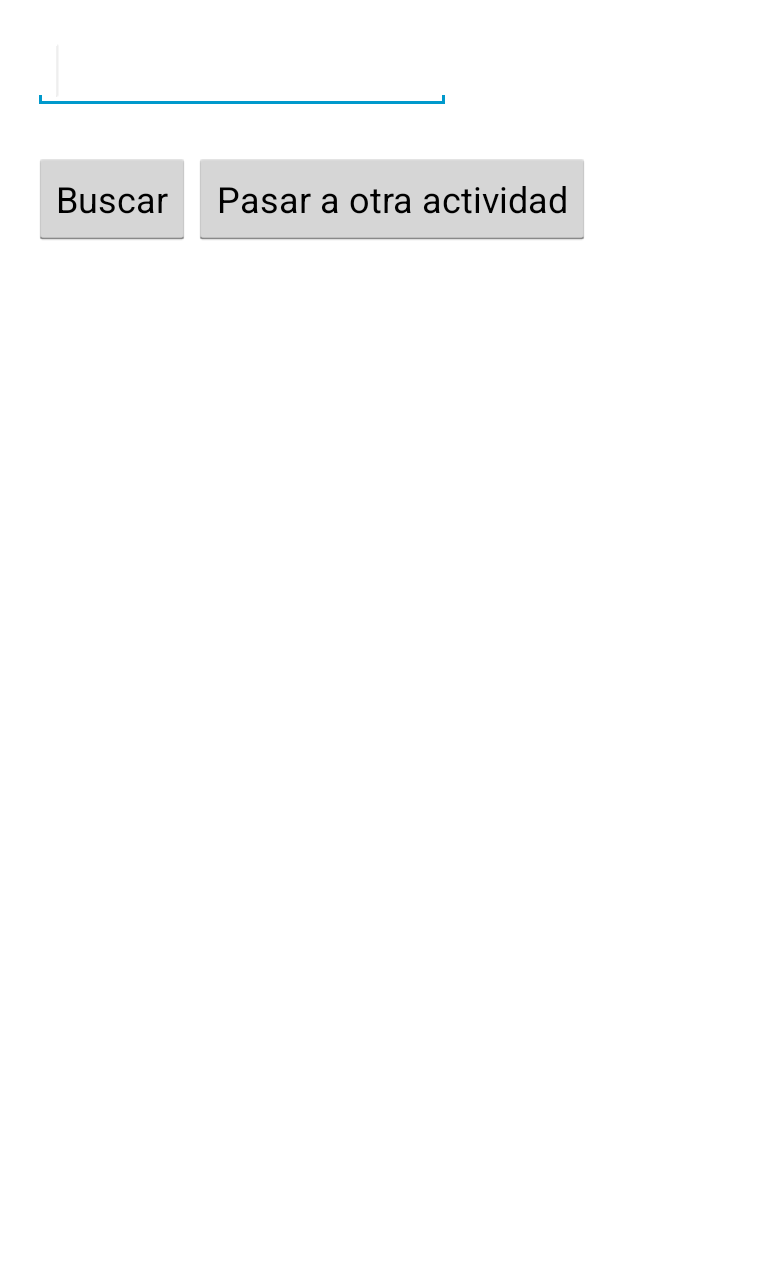
Repository: sstevenmr/SP-Galileo
Layout: Demo/res/layout/activity_main.xml
These files come from the project's save history. The layout is drawn as it stood at one moment and after the next save; the edit follows.
It is drawn on a 768 x 1280 px phone screen (xhdpi) without system bars, with theme AppTheme; the app's code is not run.

Above is the layout before, as saved 2014-01-24 03:13:14.

### Demo/res/layout/activity_main.xml
<RelativeLayout xmlns:android="http://schemas.android.com/apk/res/android"
    xmlns:tools="http://schemas.android.com/tools"
    android:layout_width="match_parent"
    android:layout_height="match_parent"
    android:paddingBottom="@dimen/activity_vertical_margin"
    android:paddingLeft="@dimen/activity_horizontal_margin"
    android:paddingRight="@dimen/activity_horizontal_margin"
    android:paddingTop="@dimen/activity_vertical_margin"
    tools:context=".MainActivity" >

    <EditText
        android:id="@+id/editTextSearchQuery"
        android:layout_width="wrap_content"
        android:layout_height="wrap_content"
        android:layout_alignParentLeft="true"
        android:layout_alignParentTop="true"
        android:inputType="text"
        android:ems="10" >

        <requestFocus />
    </EditText>

    <Button
        android:id="@+id/btnOpenActivity"
        android:layout_width="wrap_content"
        android:layout_height="wrap_content"
        android:layout_alignLeft="@+id/editTextSearchQuery"
        android:layout_below="@+id/editTextSearchQuery"
        android:layout_marginTop="20dp"
        android:text="@string/btn_Search"/>

    <Button
        android:id="@+id/btnSearch"
        android:layout_width="wrap_content"
        android:layout_height="wrap_content"
        android:layout_alignBaseline="@+id/btnOpenActivity"
        android:layout_alignBottom="@+id/btnOpenActivity"
        android:layout_toRightOf="@+id/btnOpenActivity"
        android:text="@string/btn_open_activity" />

</RelativeLayout>

### Demo/res/values/strings.xml
<?xml version="1.0" encoding="utf-8"?>
<resources>

    <string name="app_name">Ejemplo</string>
    <string name="action_settings">Settings</string>
    <string name="hello_world">Hello world!</string>
    <string name="btn_Search">Buscar</string>
    <string name="btn_open_activity">Pasar a otra actividad</string>
    <string name="title_activity_show_search_query">ShowSearchQueryActivity</string>

</resources>

Loaded but not shown: Demo/res/values/styles.xml (common file); Demo/res/values-v11/styles.xml (common file); Demo/res/values-v14/styles.xml (common file); Demo/res/values/dimens.xml (common file)

After the next save:
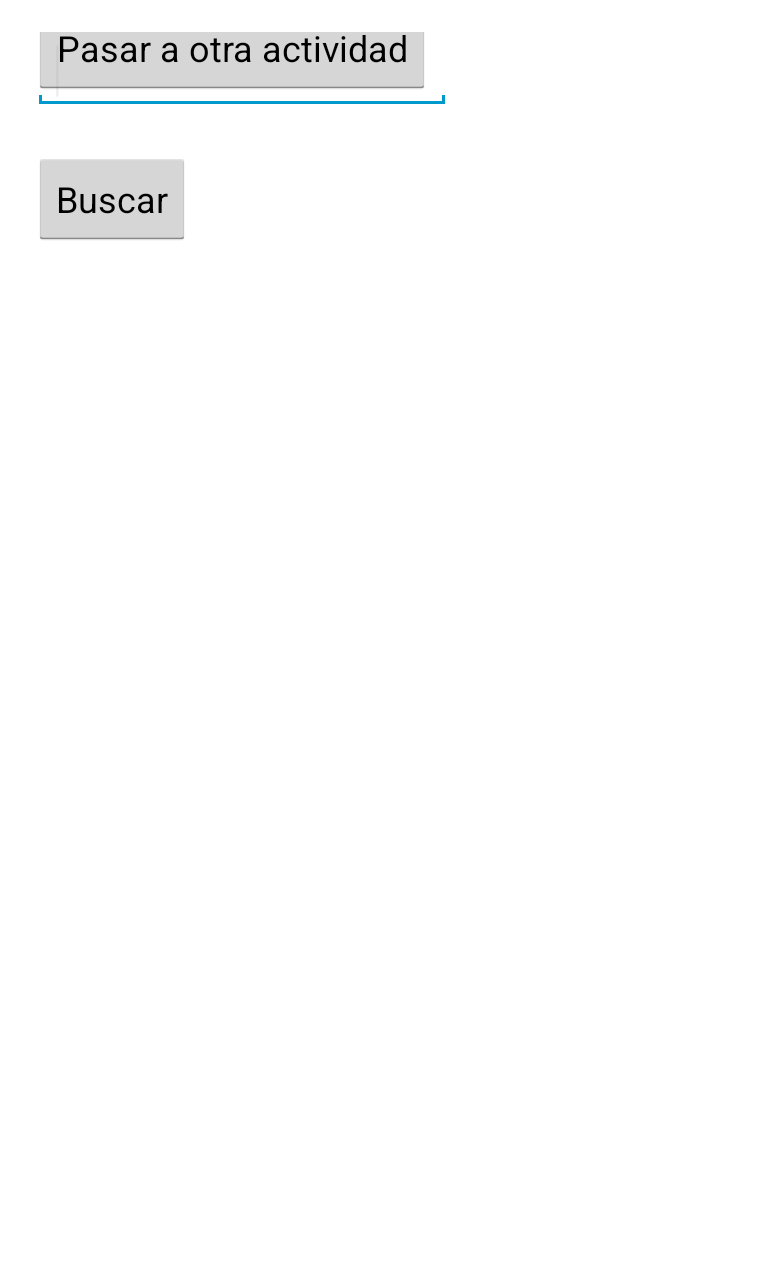
Saved 2 min 2 s later.
--- a/Demo/res/layout/activity_main.xml
+++ b/Demo/res/layout/activity_main.xml
@@ -21,7 +21,7 @@
     </EditText>
 
     <Button
-        android:id="@+id/btnOpenActivity"
+        android:id="@+id/btnSearch"
         android:layout_width="wrap_content"
         android:layout_height="wrap_content"
         android:layout_alignLeft="@+id/editTextSearchQuery"
@@ -30,7 +30,7 @@
         android:text="@string/btn_Search"/>
 
     <Button
-        android:id="@+id/btnSearch"
+        android:id="@+id/btnOpenActivity"
         android:layout_width="wrap_content"
         android:layout_height="wrap_content"
         android:layout_alignBaseline="@+id/btnOpenActivity"

After the save that followed:
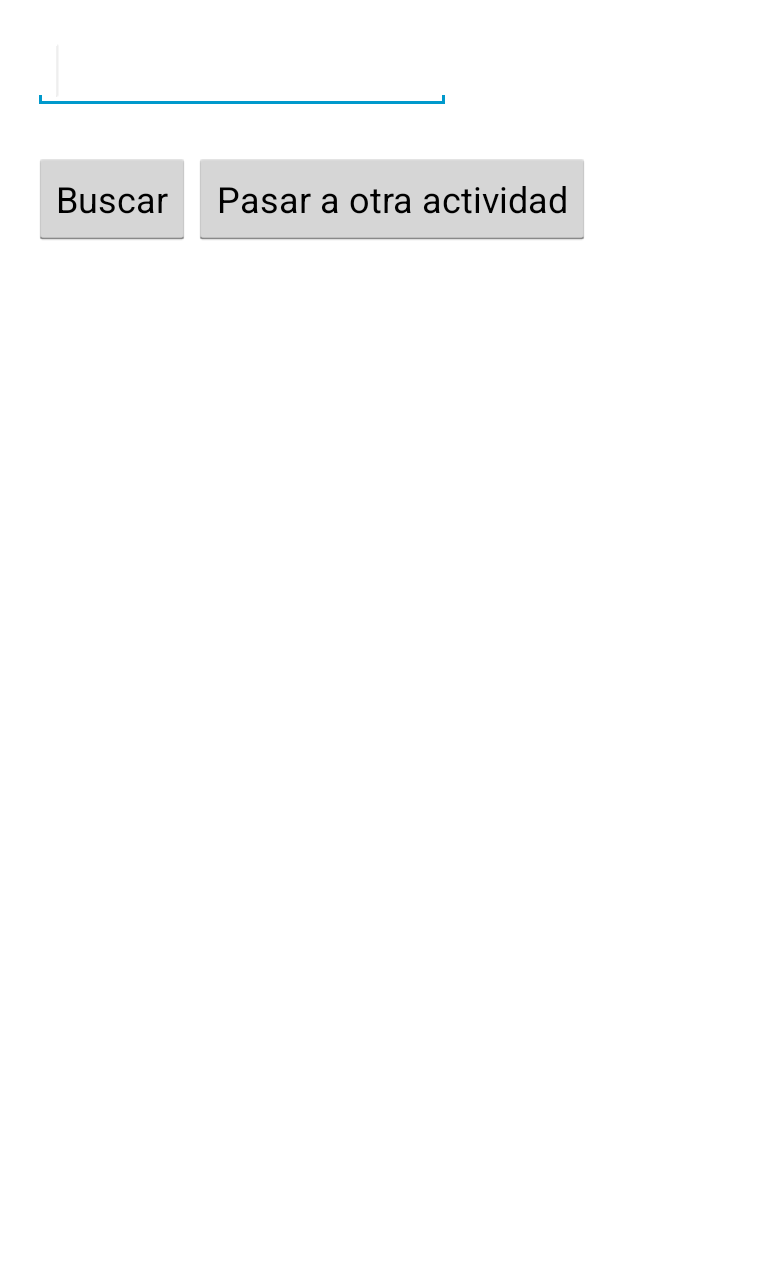
Saved 44 s later.
--- a/Demo/res/layout/activity_main.xml
+++ b/Demo/res/layout/activity_main.xml
@@ -33,9 +33,9 @@
         android:id="@+id/btnOpenActivity"
         android:layout_width="wrap_content"
         android:layout_height="wrap_content"
-        android:layout_alignBaseline="@+id/btnOpenActivity"
-        android:layout_alignBottom="@+id/btnOpenActivity"
-        android:layout_toRightOf="@+id/btnOpenActivity"
+        android:layout_alignBaseline="@+id/btnSearch"
+        android:layout_alignBottom="@+id/btnSearch"
+        android:layout_toRightOf="@+id/btnSearch"
         android:text="@string/btn_open_activity" />
 
 </RelativeLayout>
